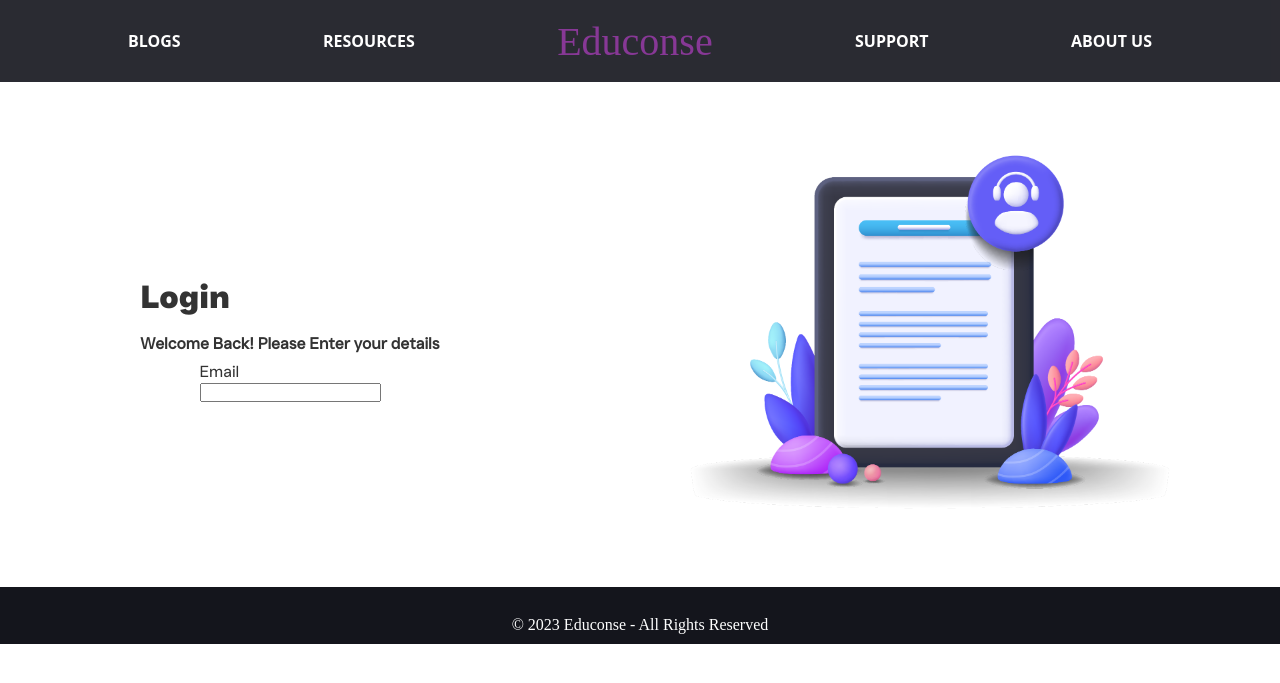
Repository: devajay07/educonse
Page: pages/login.html
An editor plug-in stored every save of this project. The page is shown before and after a run of saves, followed by the edit.
The browser window is 1280 px wide. The pictures show the whole page.

Above is the page before, as saved 2023-10-15 02:01:12.
Not found: css/

### pages/login.html
<!DOCTYPE html>
<html lang="en">

<head>
  <meta charset="UTF-8" />
  <meta name="viewport" content="width=device-width, initial-scale=1.0" />
  <title>Document</title>

  <script src="https://code.jquery.com/jquery-3.7.0.js"></script>
  <link rel="stylesheet" href="/css/header.css" />
  <link rel="stylesheet" href="/css/login.css" />
</head>

<body>
  <header id="header"></header>
  <main>
    <div class="login-panel">
      <div class="left-section">
        <div class="top">
          <h1 class="heading">Login</h1>
          <h2 class="sub-heading">Welcome Back! Please Enter your details</h2></div>
        <div class="email">
          <label for="email-input">Email</label>
          <div class="email-field">
            <input type="email" name="email-input" id="email-input" />
          </div>
        </div>
      </div>
      <div class="right-section">

        <img src="/images/login1.png" alt="Login Image" id="login-img">
      </div>
    </div>
  </main>
  <footer>
    <div class="footer-2">&copy; 2023 Educonse - All Rights Reserved</div>
  </footer>
  <script>
    $(document).ready(function () {
      $("#header").load("/pages/header.html");
    });
  </script>
</body>

</html>

### css/header.css
@import url("https://cdnjs.cloudflare.com/ajax/libs/font-awesome/6.4.2/css/all.min.css");
* {
  padding: 0;
  margin: 0;
  box-sizing: border-box;
}
@font-face {
  font-family: "brand-bold";
  src: url("/fonts/brand-bold.otf") format("opentype");
  font-weight: normal;
  font-style: normal;
}
@font-face {
  font-family: "brand-reg";
  src: url("/fonts/brand-regular.otf") format("opentype");
  font-weight: normal;
  font-style: normal;
}

:root {
  --brand-color: hsla(291, 60%, 34%, 1);
  --hookers-green: hsla(174, 17%, 46%, 1);
  --white: hsla(0, 0%, 100%, 1);
  --poppy: hsla(356, 74%, 52%, 1);
  --black: hsla(60, 1%, 14%, 1);
  --beige: #f5f5dc;

  --brand-bold: "brand-bold", sans-serif;
  --brand-reg: "brand-reg", sans-serif;
  --universal-margin: 1rem 8rem;
  --section-margin: 1rem;
  --footer-bg: rgb(20, 21, 28);
}

body {
  background-color: white;
  color: #333; /* A light version of black */
}

.nav-container {
  display: flex;
  align-items: center;
  justify-content: space-between;
  width: 100%;
  margin: var(--universal-margin);
  height: 50px;
}
.nav-container .nav-item {
  font-family: system-ui, -apple-system, BlinkMacSystemFont, "Segoe UI", Roboto,
    Oxygen, Ubuntu, Cantarell, "Open Sans", "Helvetica Neue", sans-serif;
  color: var(--white);
  font-weight: bolder;
}

nav {
  display: flex;
  justify-content: space-between;
  align-items: center;
  background-color: var(--footer-bg);
  opacity: 0.9;
  color: white;
}

nav .brand {
  font-size: 40px;
  color: var(--brand-color);
  font-family: var(--brand-font);
}

nav a {
  text-decoration: none;
  color: white;
}

footer {
  display: flex;
  flex-direction: column;
}
.footer-1 {
  display: flex;
  justify-content: space-evenly;
}
.footer-1 .customer-service > div {
  padding: 0.2rem;
}
.footer-1 h1 {
  font-size: 1.2rem;
  font-family: var(--brand-font);
  margin-bottom: 0.5rem;
}
.footer-1 p {
  font-size: 0.8rem;
  opacity: 0.6;
  color: #f0e8e8;
  padding: 0.3rem;
  font-family: var(--brand-reg);
}
.footer-1 .heading{
  padding-bottom: 1rem;
  font-family: var(--brand-bold);
}


.footer-1 span {
  font-size: 0.8rem;
  margin: 0.4rem;
}

.footer-1 a {
  color: #f0f0ea;
  text-decoration: none;
}
.footer-1 .reach-us {
  display: flex;
  align-items: center;
  flex-direction: column;
}

.reach-us iframe{
  border-radius: 8px;
}

.footer-2{
  padding-top: 1.2rem;
}

.text {
  color: white;
  font-size: 20px;
  position: absolute;
  top: 50%;
  left: 50%;
  transform: translate(-50%, -50%);
  -ms-transform: translate(-50%, -50%);
  white-space: nowrap;
}

@charset "UTF-8";

.svg-inline--fa {
  vertical-align: -0.2em;
}

.rounded-social-buttons {
  text-align: center;
}

.rounded-social-buttons .social-button {
  display: inline-block;
  position: relative;
  cursor: pointer;
  width: 3.125rem;
  height: 3.125rem;
  border: 0.125rem solid transparent;
  padding: 0;
  text-decoration: none;
  text-align: center;
  color: #fefefe;
  font-size: 1.5625rem;
  font-weight: normal;
  line-height: 2em;
  border-radius: 1.6875rem;
  transition: all 0.5s ease;
  margin-right: 0.25rem;
  margin-bottom: 0.25rem;
}

.rounded-social-buttons .social-button:hover,
.rounded-social-buttons .social-button:focus {
  -webkit-transform: rotate(360deg);
  -ms-transform: rotate(360deg);
  transform: rotate(360deg);
}

.rounded-social-buttons .fa-twitter,
.fa-facebook-f,
.fa-linkedin,
.fa-youtube,
.fa-instagram {
  font-size: 25px;
}

.rounded-social-buttons .social-button.facebook {
  background: #3b5998;
}

.rounded-social-buttons .social-button.facebook:hover,
.rounded-social-buttons .social-button.facebook:focus {
  color: #3b5998;
  background: #fefefe;
  border-color: #3b5998;
}

.rounded-social-buttons .social-button.twitter {
  background: #55acee;
}

.rounded-social-buttons .social-button.twitter:hover,
.rounded-social-buttons .social-button.twitter:focus {
  color: #55acee;
  background: #fefefe;
  border-color: #55acee;
}

.rounded-social-buttons .social-button.linkedin {
  background: #007bb5;
}

.rounded-social-buttons .social-button.linkedin:hover,
.rounded-social-buttons .social-button.linkedin:focus {
  color: #007bb5;
  background: #fefefe;
  border-color: #007bb5;
}

.rounded-social-buttons .social-button.youtube {
  background: #bb0000;
}

.rounded-social-buttons .social-button.youtube:hover,
.rounded-social-buttons .social-button.youtube:focus {
  color: #bb0000;
  background: #fefefe;
  border-color: #bb0000;
}

.rounded-social-buttons .social-button.instagram {
  background: #125688;
}

.rounded-social-buttons .social-button.instagram:hover,
.rounded-social-buttons .social-button.instagram:focus {
  color: #125688;
  background: #fefefe;
  border-color: #125688;
}

footer {
  background-color: var(--footer-bg);
  color: white;
  text-align: center;
  padding: 10px 0;
}

### css/login.css
@import url("/css/");
main .login-panel{
  display: flex;
  justify-content: center;
  background-color: var(--white);
  font-family: var(--brand-reg);
}

.left-section{
  width: 800px;
  display: flex;
  flex-direction: column;
  justify-content: center;
  align-items:center;
  font-family: var(--brand-reg );

}

.top{

}

.heading{
  font-family: var(--brand-bold);
  font-size: 2rem;
  padding: 0.5rem;
}

.sub-heading{
  font-family: var(--brand-reg);
  font-size: 1rem;
  padding: 0.5rem;
}
#login-img{
  width: 700px;
  height:500px;
  object-fit: contain;
}

### pages/header.html
<nav>
  <div class="nav-container">
    <div class="nav-item">BLOGS</div>
    <div class="nav-item">RESOURCES</div>
    <div class="brand">Educonse</div>
    <div class="nav-item">SUPPORT</div>
    <div class="nav-item">ABOUT US</div>
  </div>
</nav>

### css/global.css
@import url("https://cdnjs.cloudflare.com/ajax/libs/font-awesome/6.4.2/css/all.min.css");
* {
  padding: 0;
  margin: 0;
  box-sizing: border-box;
}
@font-face {
  font-family: "brand-bold";
  src: url("/fonts/brand-bold.otf") format("opentype");
  font-weight: normal;
  font-style: normal;
}
@font-face {
  font-family: "brand-reg";
  src: url("/fonts/brand-regular.otf") format("opentype");
  font-weight: normal;
  font-style: normal;
}

:root {
  --brand-color: rgb(26, 198, 181);
  --hookers-green: hsla(174, 17%, 46%, 1);
  --white: hsla(0, 0%, 100%, 1);
  --poppy: hsla(356, 74%, 52%, 1);
  --black: hsla(60, 1%, 14%, 1);
  --beige: #f5f5dc;

  --brand-bold: "brand-bold", sans-serif;
  --brand-reg: "brand-reg", sans-serif;
  --universal-margin: 1rem 8rem;
  --section-margin: 1rem;
  --footer-bg: rgb(20, 21, 28);
}

After the next 2 saves:
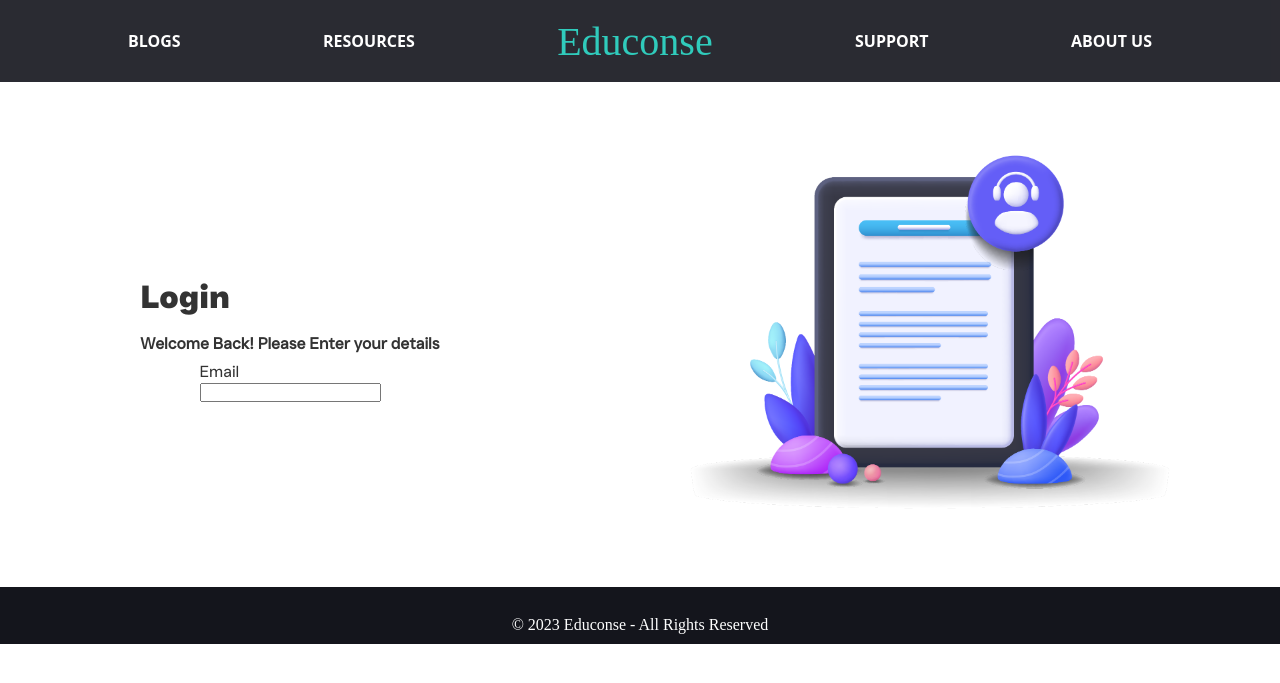
The 2 saves are shown as one change because they came seconds apart.
The last was saved 7 s later.
--- a/css/login.css
+++ b/css/login.css
@@ -1,4 +1,4 @@
-@import url("/css/");
+@import url("/css/global.css");
 main .login-panel{
   display: flex;
   justify-content: center;
